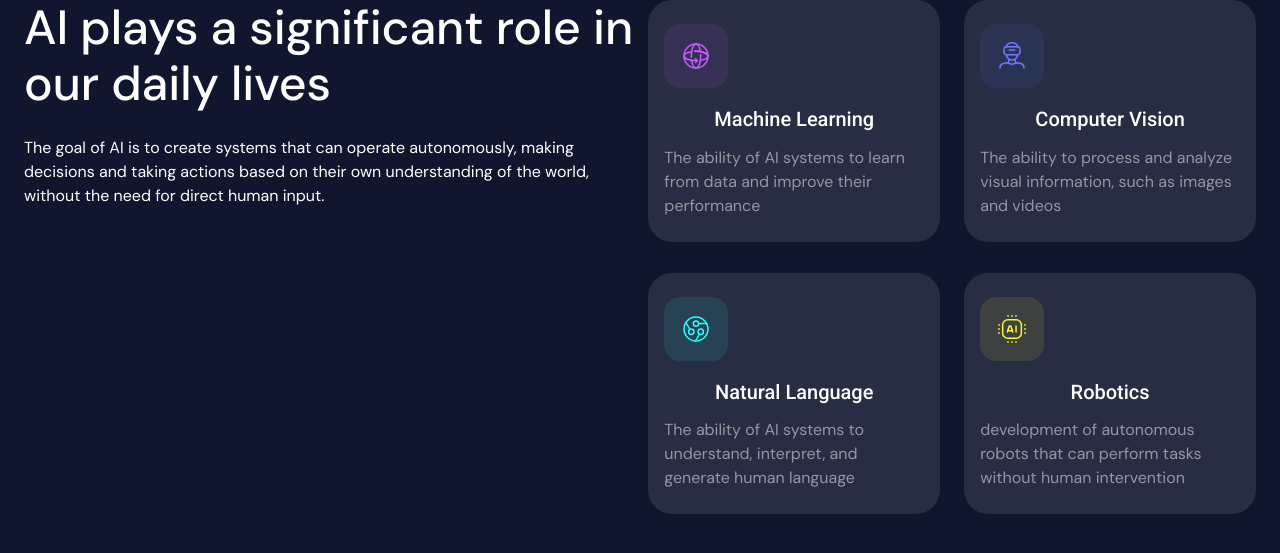
Repository: alphatra/INVO-Academy
Page: / (app in [lvl 1] Sekcja 4 obszarów AI/Starter-code/)
These files come from the project's save history. The page is drawn as it stood at one moment and after the next save; the edit follows.
The browser window is 1280 px wide. The pictures show the whole page.
The project was rebuilt for these pictures with package versions that can differ from the ones it lists, and the page was loaded fresh each time.

Above is the page before, as saved 2023-02-24 13:21:10.
Console error: TypeError: Cannot read properties of null (reading 'addEventListener')

After the next save:
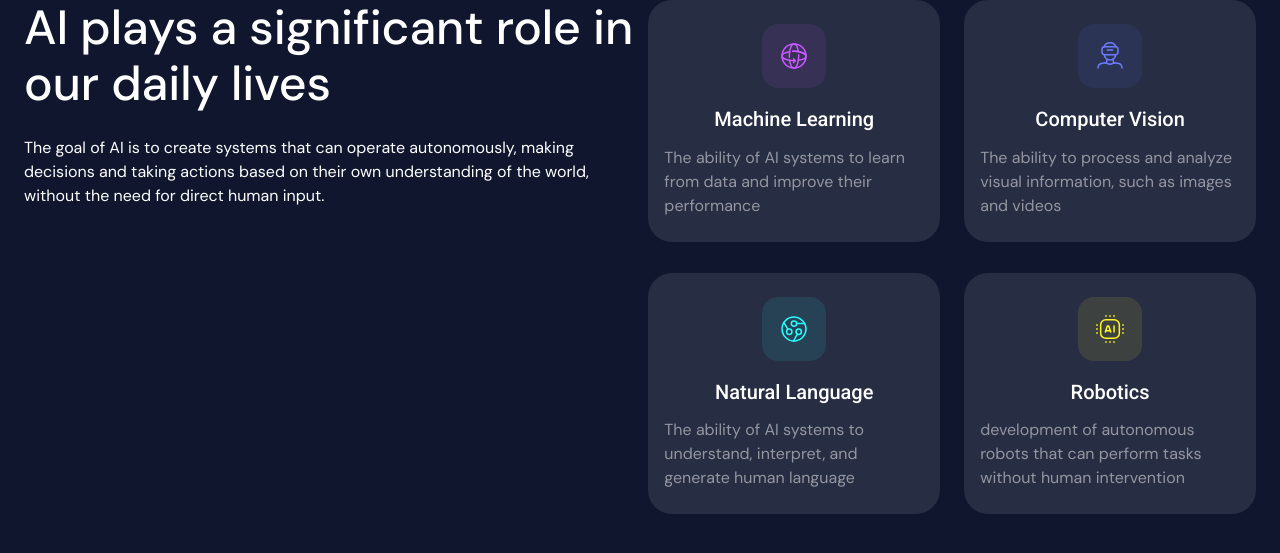
Saved 7 s later.
--- a/[lvl 1] Sekcja 4 obszarów AI/Starter-code/src/pages/home-page/styles/home-page.scss
+++ b/[lvl 1] Sekcja 4 obszarów AI/Starter-code/src/pages/home-page/styles/home-page.scss
@@ -54,7 +54,7 @@
             padding-left: 16px;
             padding-right: 16px;
 
-            img{
+            *{
                 text-align: center;
             }
 
